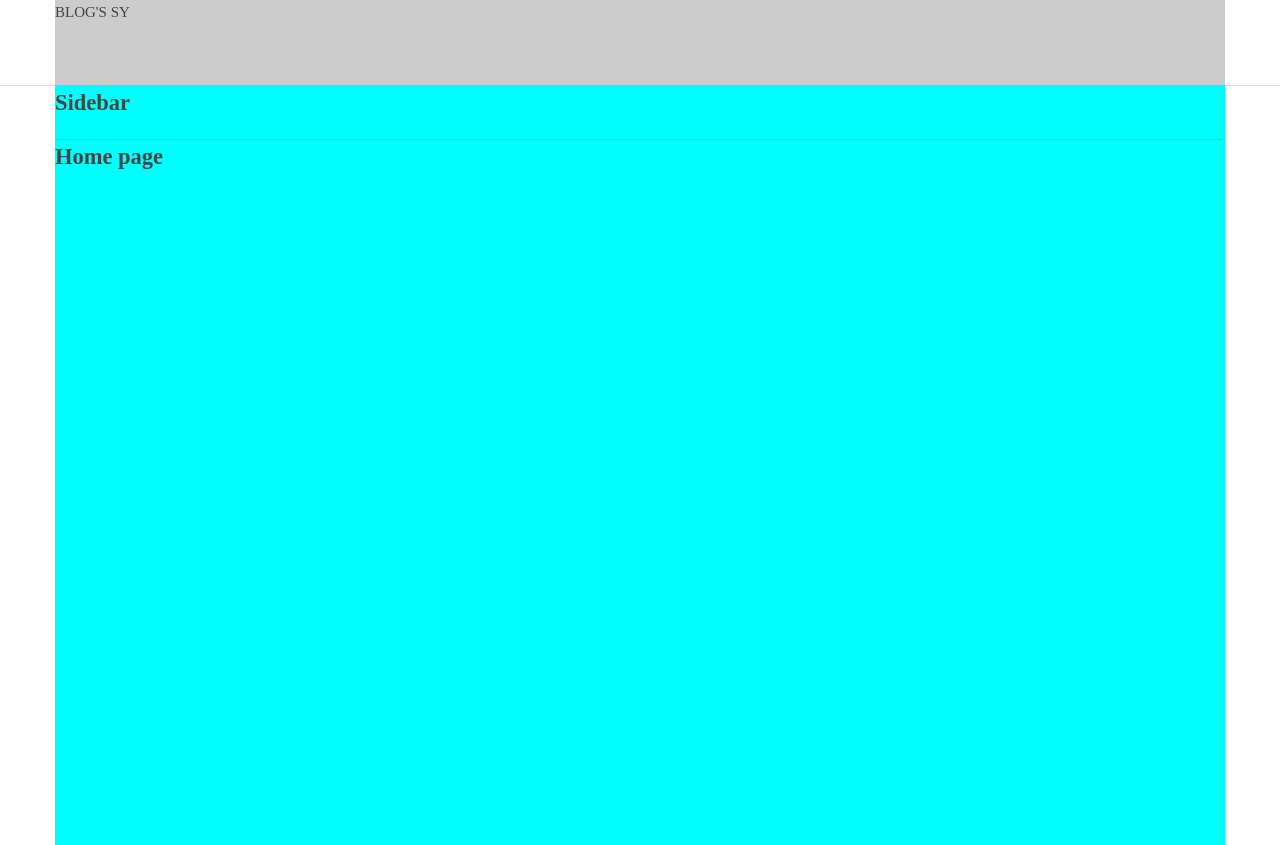
Repository: SyLe-Van/Make-Colorful
Page: /
The author's editor kept a copy of each file at every save. The page is drawn from the files as they stood at one save, then again after the next save.
The browser window is 1280 px wide. The pictures show the whole page.
Some web fonts or font styles are not loaded; a fallback is used. The project was rebuilt for these pictures with package versions that can differ from the ones it lists, and the page was loaded fresh each time. Also part of the build but not shown: src/pages/cinema/index.js, src/pages/fashion/index.js, src/pages/grooming/index.js, src/pages/lifestyle/index.js, src/pages/contact/index.js.

Above is the page before, as saved 2023-10-10 20:54:22.

After the next save:
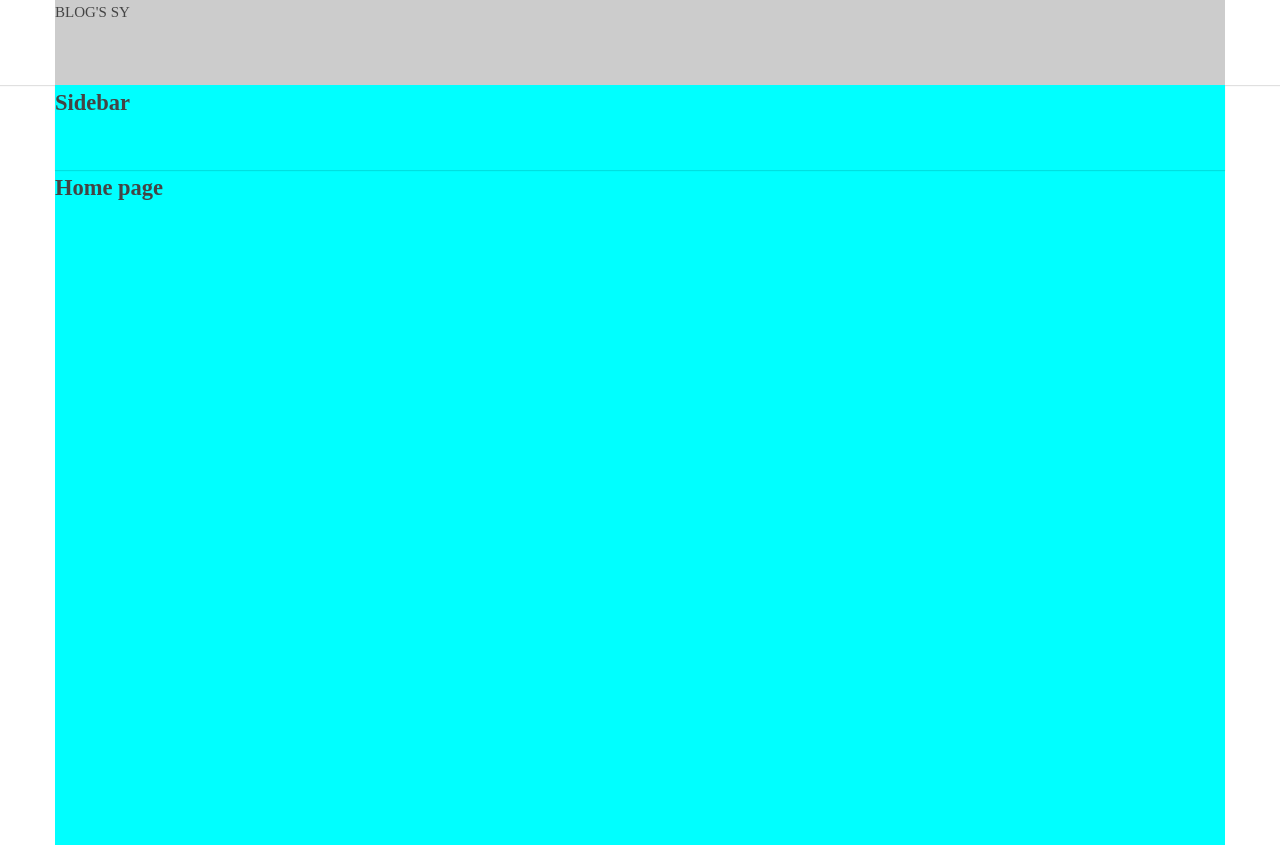
Saved 26 s later.
--- a/src/components/Layout/DefaultLayout/Sidebar/Sidebar.module.scss
+++ b/src/components/Layout/DefaultLayout/Sidebar/Sidebar.module.scss
@@ -1,5 +1,5 @@
 .wrapper {
-    min-height: 54px;
+    height: 85px;
     width: 100%;
     box-shadow: 0px 1px 1px rgb(0 0 0 / 12%);
 }

After the save that followed:
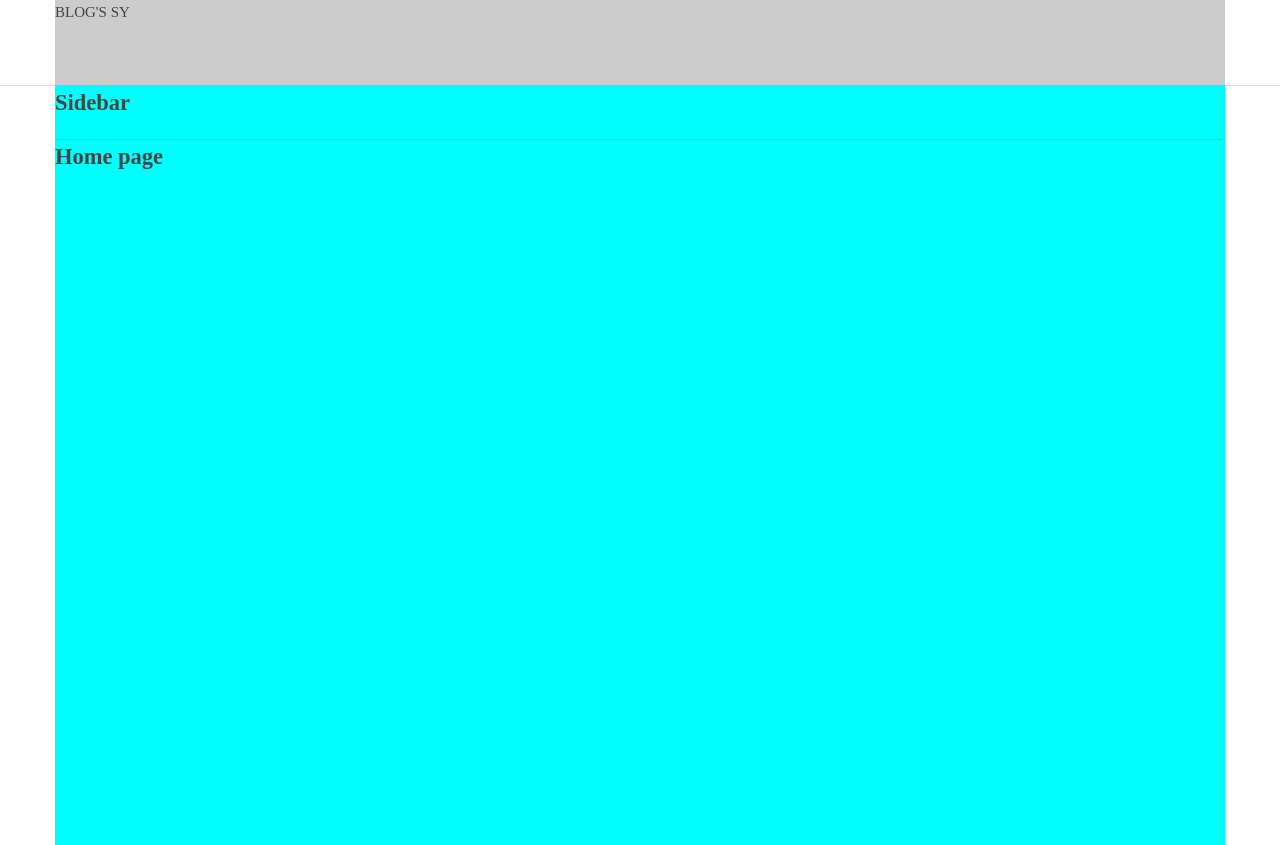
Saved 8 s later.
--- a/src/components/Layout/DefaultLayout/Sidebar/Sidebar.module.scss
+++ b/src/components/Layout/DefaultLayout/Sidebar/Sidebar.module.scss
@@ -1,5 +1,5 @@
 .wrapper {
-    height: 85px;
+    height: 54px;
     width: 100%;
     box-shadow: 0px 1px 1px rgb(0 0 0 / 12%);
 }
